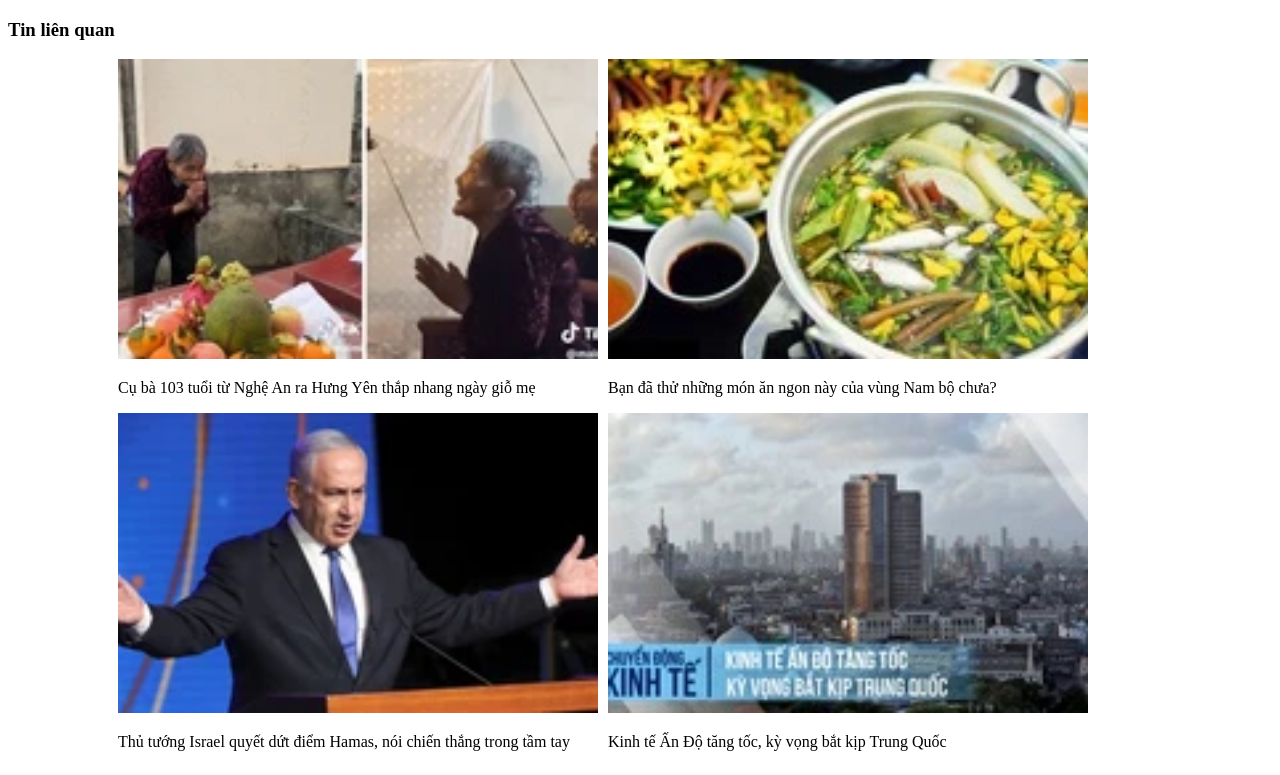
Repository: Tan-Khang21/TH_TKW--Buoi_07
Page: Bai_Tap_Ve_Nha/TinLienQuan.html
An editor plug-in stored every save of this project. The page is shown before and after the next save, followed by the edit.
The browser window is 1280 px wide. The pictures show the whole page.

Above is the page before, as saved 2024-03-12 17:13:20.

### Bai_Tap_Ve_Nha/TinLienQuan.html
<!DOCTYPE html>
<html lang="en">
  <head>
    <meta charset="UTF-8" />
    <meta name="viewport" content="width=device-width, initial-scale=1.0" />
    <title>Document</title>
  </head>
  <body>
    <div id="container">
      <h3>Tin liên quan</h3>
      <div
        style="
          display: flex;
          width: 1200px;
          flex-wrap: wrap;
          justify-content: center;
          margin-left: -10px;
        "
      >
        <div style="width: 40%; margin-left: 10px">
          <img
            src="images/hinh3.webp"
            alt=""
            style="width: 100%; object-fit: contain"
          />
          <p>Cụ bà 103 tuổi từ Nghệ An ra Hưng Yên thắp nhang ngày giỗ mẹ</p>
        </div>
        <div style="width: 40%; margin-left: 10px">
          <img
            src="images/hinh4.webp"
            alt=""
            style="width: 100%; object-fit: contain"
          />
          <p>Bạn đã thử những món ăn ngon này của vùng Nam bộ chưa?</p>
        </div>
        <div style="width: 40%; margin-left: 10px">
          <img
            src="images/hinh5.webp"
            alt=""
            style="width: 100%; object-fit: contain"
          />
          <p>
            Thủ tướng Israel quyết dứt điểm Hamas, nói chiến thắng trong tầm tay
          </p>
        </div>
        <div style="width: 40%; margin-left: 10px">
          <img
            src="images/hinh6.webp"
            alt=""
            style="width: 100%; object-fit: contain"
          />
          <p>Kinh tế Ấn Độ tăng tốc, kỳ vọng bắt kịp Trung Quốc</p>
        </div>
      </div>
    </div>
  </body>
</html>

After the next save:
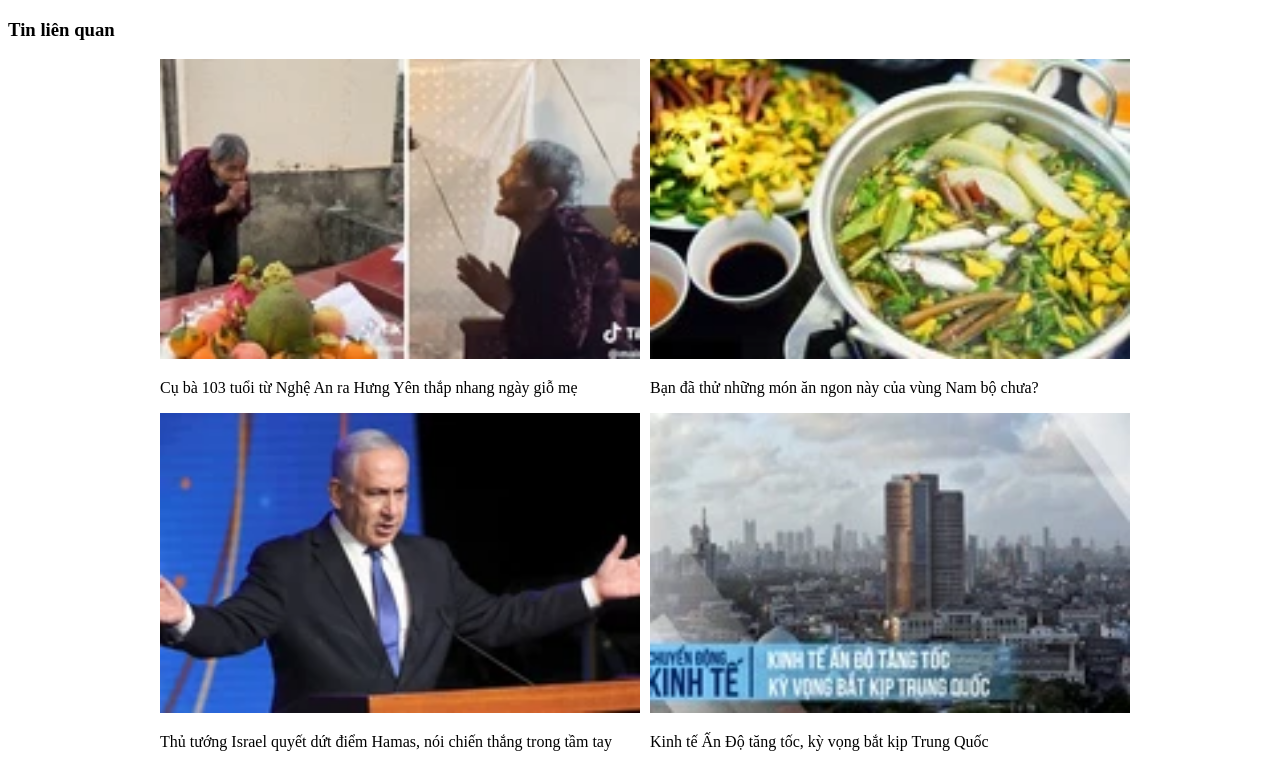
Saved 77 s later.
--- a/Bai_Tap_Ve_Nha/TinLienQuan.html
+++ b/Bai_Tap_Ve_Nha/TinLienQuan.html
@@ -6,7 +6,7 @@
     <title>Document</title>
   </head>
   <body>
-    <div id="container">
+    <div class="container">
       <h3>Tin liên quan</h3>
       <div
         style="
@@ -15,6 +15,7 @@
           flex-wrap: wrap;
           justify-content: center;
           margin-left: -10px;
+          margin: 0 auto;
         "
       >
         <div style="width: 40%; margin-left: 10px">
